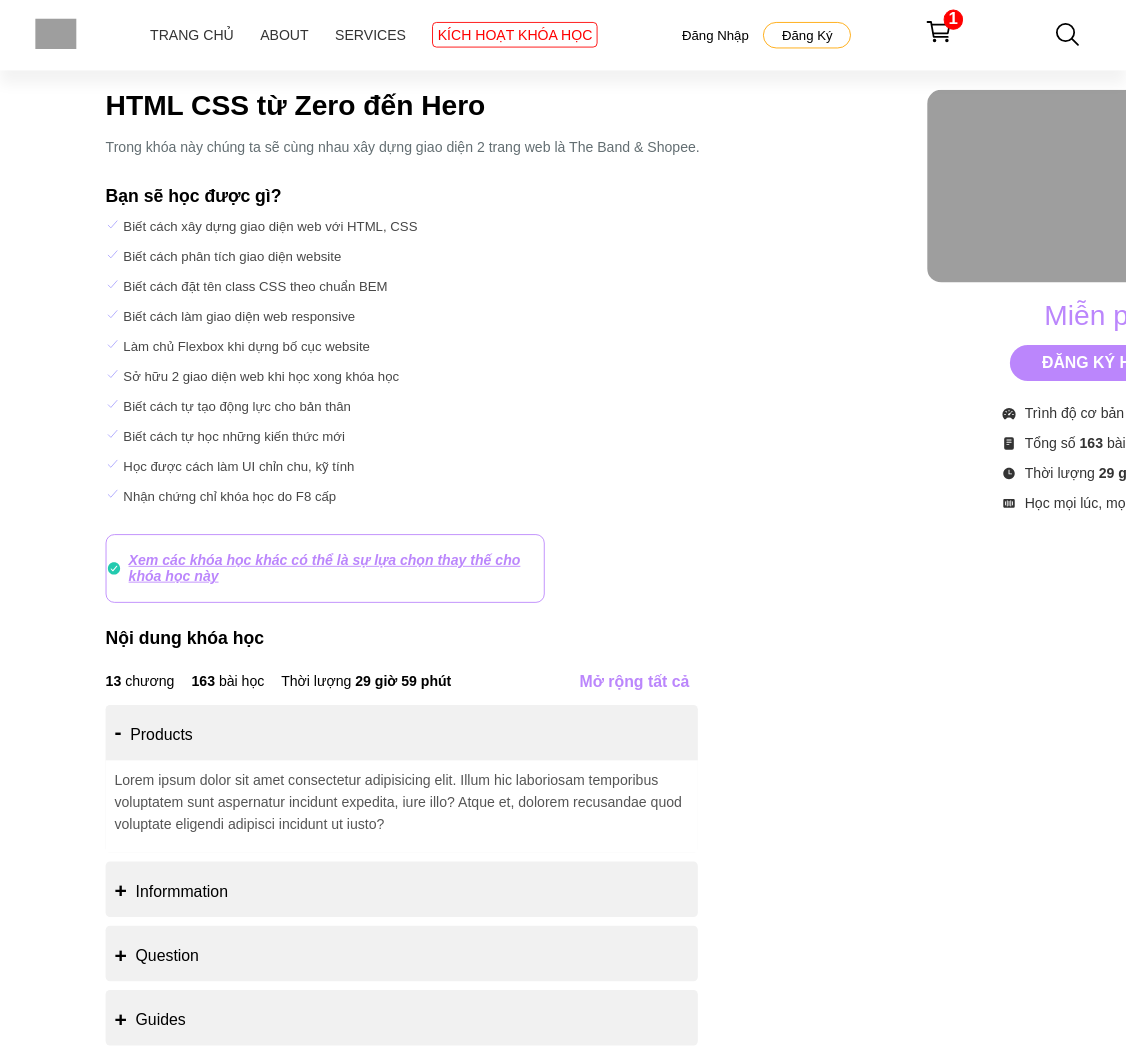
Repository: hoanghuuphuc/hoanghuuphuc
Page: details.html
These files come from the project's save history. The page is drawn as it stood at one moment and after the next save; the edit follows.
The browser window is 1280 px wide. The pictures show the whole page, at 88% of full size.
The first `.accordion input[type="radio"]` is checked.
Pictures or frames that could not be fetched are drawn as grey boxes.

Above is the page before, as saved 2022-12-11 23:54:56.
Console error: TypeError: Cannot read properties of null (reading 'addEventListener')

After the next save:
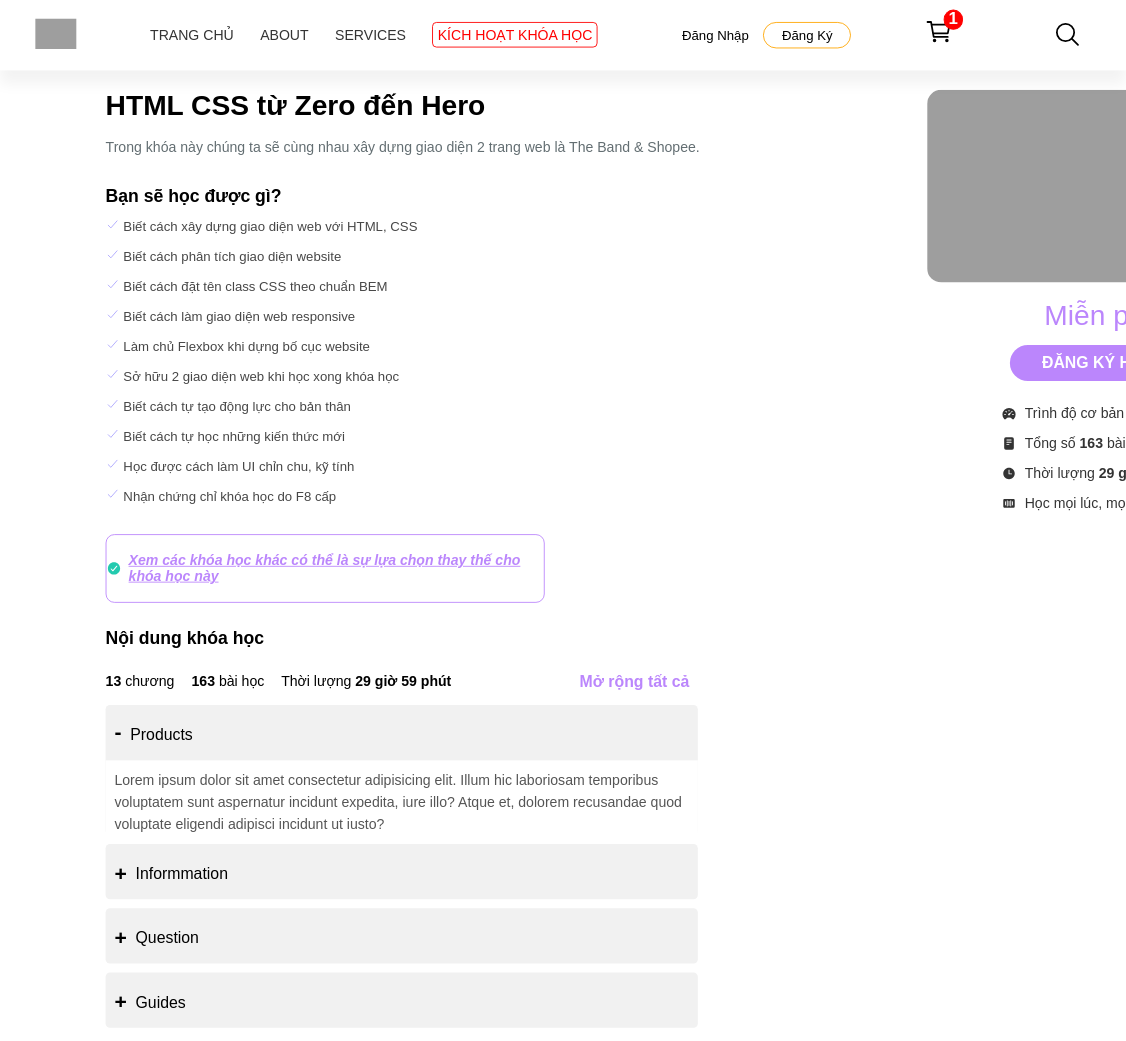
Saved 26 s later.
--- a/style.css
+++ b/style.css
@@ -808,7 +808,7 @@ input[type="radio"] {
 }
 .accordion input[type="radio"]:checked + label + .accordion-content {
   max-height: 400px;
-  padding: 10px 10px 20px;
+  padding: 10px 10px 0px;
 }
 .accordion input[type="radio"]:checked + label::before {
   content: "-";
